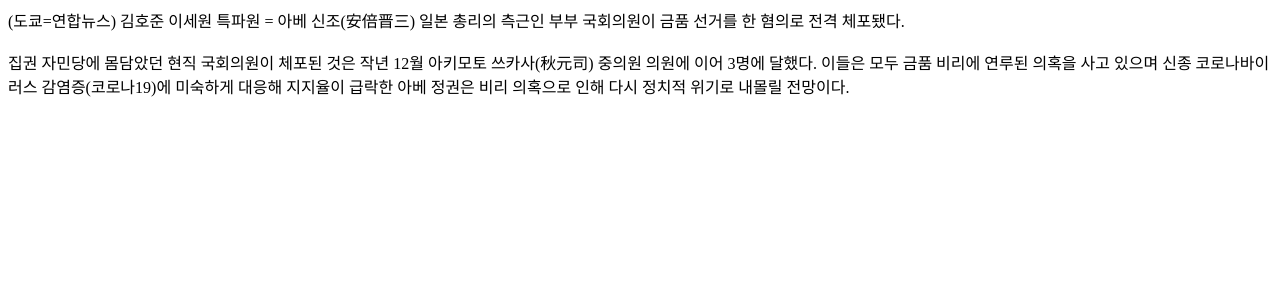
Repository: Chun0903/classStudy_github.io
Page: client/ClientTest/WebContent/ex06_p.html
These files come from the project's save history. The page is drawn as it stood at one moment and after the next save; the edit follows.
The browser window is 1280 px wide. The pictures show the whole page.

Above is the page before, as saved 2020-06-18 08:11:24.

After the next save:
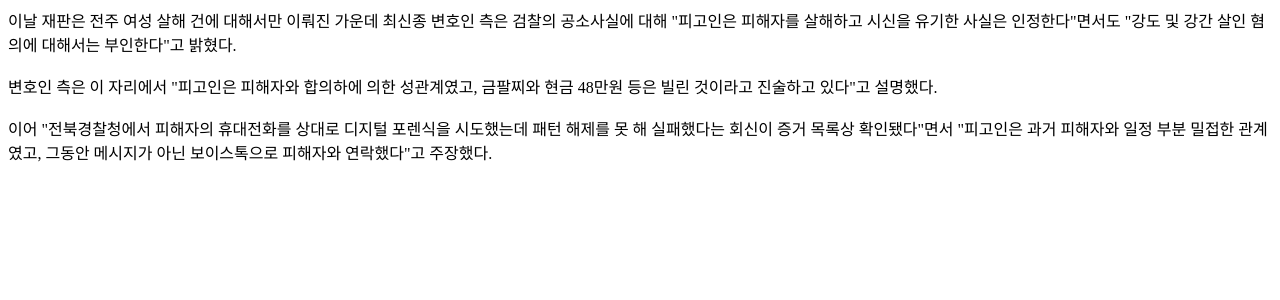
Saved 77 s later.
--- a/client/ClientTest/WebContent/ex06_p.html
+++ b/client/ClientTest/WebContent/ex06_p.html
@@ -15,11 +15,13 @@
 
 	-->
 
-	(도쿄=연합뉴스) 김호준 이세원 특파원 = 아베 신조(安倍晋三) 일본 총리의 측근인 부부 국회의원이 금품 선거를 한 혐의로 전격 체포됐다.<br><br>
+	이날 재판은 전주 여성 살해 건에 대해서만 이뤄진 가운데 최신종 변호인 측은 검찰의 공소사실에 대해 "피고인은 피해자를 살해하고 시신을 유기한 사실은 인정한다"면서도
+"강도 및 강간 살인 혐의에 대해서는 부인한다"고 밝혔다.<br><br>
 
-집권 자민당에 몸담았던 현직 국회의원이 체포된 것은 작년 12월 아키모토 쓰카사(秋元司) 중의원 의원에 이어 3명에 달했다.
+변호인 측은 이 자리에서 "피고인은 피해자와 합의하에 의한 성관계였고, 금팔찌와 현금 48만원 등은 빌린 것이라고 진술하고 있다"고 설명했다.<br><br>
 
-이들은 모두 금품 비리에 연루된 의혹을 사고 있으며 신종 코로나바이러스 감염증(코로나19)에 미숙하게 대응해 지지율이 급락한 아베 정권은 비리 의혹으로 인해 다시 정치적 위기로 내몰릴 전망이다.
+이어 "전북경찰청에서 피해자의 휴대전화를 상대로 디지털 포렌식을 시도했는데 패턴 해제를 못 해 실패했다는 회신이 증거 목록상 확인됐다"면서 "피고인은 과거 피해자와 일정 부분 밀접한 관계였고,
+그동안 메시지가 아닌 보이스톡으로 피해자와 연락했다"고 주장했다.<br><br>
 
 
 </body>
